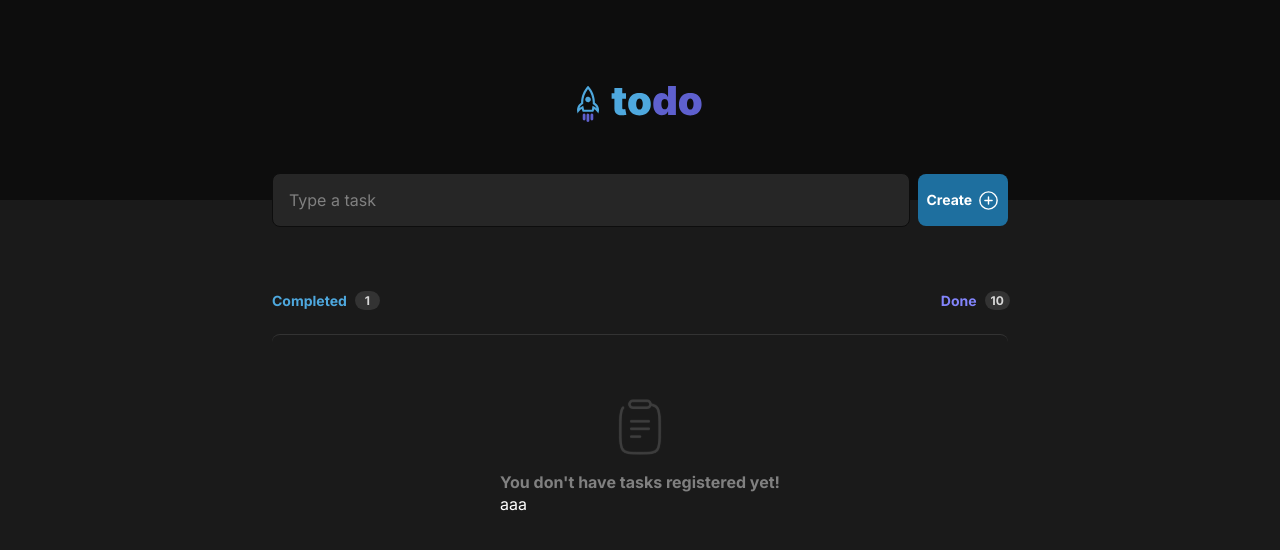
Repository: JoseGu1llardi/to-do-list-D01
Page: /
These files come from the project's save history. The page is drawn as it stood at one moment and after the next save; the edit follows.
The browser window is 1280 px wide. The pictures show the whole page.
The project was rebuilt for these pictures with package versions that can differ from the ones it lists, and the page was loaded fresh each time. Also part of the build but not shown: vite.config.ts.

Above is the page before, as saved 2023-03-11 19:17:10.

### index.html
<!DOCTYPE html>
<html lang="en">
  <head>
    <meta charset="UTF-8" />

    <link rel="preconnect" href="https://fonts.googleapis.com" />
    <link rel="preconnect" href="https://fonts.gstatic.com" crossorigin />

    <link
      href="https://fonts.googleapis.com/css2?family=Inter:wght@400;700&display=swap"
      rel="stylesheet"
    />

    <link rel="icon" type="image/svg+xml" href="/vite.svg" />
    <meta name="viewport" content="width=device-width, initial-scale=1.0" />
    <title>Vite + React + TS</title>
  </head>
  <body>
    <div id="root"></div>
    <script type="module" src="/src/main.tsx"></script>
  </body>
</html>

### src/App.tsx
import { Header } from "./components/Header"

import styles from './App.module.css';

import "./global.css"
import { Input } from "./components/Input";
import { Button } from "./components/Button";
import { Tasks } from "./components/Tasks";

function App() {
  return (
    <>
      <Header />

      <div className={styles.newTaskContainer}>
        <Input />
        <Button />
      </div>

      <div className={styles.tasksContainer}>
        <Tasks />
      </div>
    </>
  )
}

export default App

### src/components/Header/index.tsx
import Logo from '../../assets/Logo (1).svg'

import styles from './styles.module.css';

export function Header() {
    return (
        <header className={styles.container}>
            <img src={Logo} />
        </header>
    )
}

### src/App.module.css
.newTaskContainer {
  display: flex;
  flex-direction: row;
  align-items: center;
  padding: 0px;
  gap: 8px;

  position: absolute;
  width: 46rem;
  height: 3.375rem;
  left: calc(50% - 736px / 2);
  top: 10.8125rem;
}

.tasksContainer {
  display: flex;
  flex-direction: column;
  align-items: flex-start;
  padding: 0px;
  gap: 24px;

  position: absolute;
  width: 736px;
  height: 287px;
  left: calc(50% - 736px / 2);
  top: 291px;
}

### src/global.css
:root {
  // Base
  --gray-100: #f2f2f2;
  --gray-200: #d9d9d9;
  --gray-300: #808080;
  --gray-400: #333333;
  --gray-500: #262626;
  --gray-600: #1a1a1a;
  --gray-700: #0d0d0d;

  --danger: #e25858;

  // Product
  --purple: #8284fa;
  --dark-purple: #5e60ce;
  --blue: #4ea8de;
  --dark-blue: #1e6f9f;
}

* {
  margin: 0;
  padding: 0;
  box-sizing: border-box;
}

body {
  color: #fff;
  background: var(--gray-600);

  width: 100%;
  height: 100%;
  max-height: 1024px;
  position: relative;
}

body,
input,
textarea,
button {
  font-family: "Inter", sans-serif;
  font-weight: 400;
  font-size: 1rem;
}

### src/components/Input/index.tsx
import styles from './styles.module.css';

export function Input() {
    return (
        <input
            type="text"
            className={styles.input}
            placeholder='Type a task'
        />
    )
}

### src/components/Button/index.tsx
import { PlusCircle } from '@phosphor-icons/react'

import styles from './styles.module.css';

export function Button() {
    return (
        <button className={styles.button}>
            <span>Create</span>
            <PlusCircle size={23} />
        </button>
    )
}

### src/components/Tasks/index.tsx
import Clipboard from '../../assets/Clipboard.svg';

import styles from './styles.module.css';

export function Tasks() {
    return (
        <>
            <section className={styles.info}>

                <div className={styles.created}>
                    <span>Completed</span>
                    <div className={styles.counter}>
                        <p>1</p>
                    </div>
                </div>

                <div className={styles.done}>
                    <span>Done</span>
                    <div className={styles.counter}>
                        <p>10</p>
                    </div>
                </div>

            </section>

            <section className={styles.tasks}>
                <img src={Clipboard} alt="" />
                <p>
                    <strong>You don't have tasks registered yet!</strong>
                    aaa
                </p>
            </section>
        </>
    )
}

### src/components/Header/styles.module.css
.container {
  position: absolute;
  height: 12.5rem;
  max-width: 100%;
  left: 0;
  right: 0;
  top: 0;

  display: flex;
  align-items: center;
  justify-content: center;

  background: var(--gray-700);
}

.container img {
  position: absolute;
  width: 7.875rem;
  height: 3rem;
}

### src/components/Input/styles.module.css
.input {
  box-sizing: border-box;

  display: flex;
  flex-direction: row;
  align-items: center;
  padding: 16px;
  gap: 8px;

  width: 638px;
  height: 54px;

  background: var(--gray-500);
  color: #fff;

  border: 1px solid var(--gray-700);
  border-radius: 8px;

  flex: none;
  order: 0;
  flex-grow: 1;
}

.input::placeholder {
  color: var(--gray-300);
}

### src/components/Button/styles.module.css
.button {
  width: 90px;
  height: 52px;

  display: flex;
  flex-direction: row;
  align-items: center;
  justify-content: center;
  gap: 16px;

  border: 0;
  border-radius: 8px;

  background: var(--dark-blue);
  color: white;
}

.button span {
  width: 34px;
  height: 20px;

  font-weight: 700;
  font-size: 14px;
  line-height: 140%;

  color: var(--gray-100);

  flex: none;
  order: 0;
  flex-grow: 0;
}

.button img {
  width: 16px;
  height: 16px;

  flex: none;
  order: 1;
  flex-grow: 0;
}

### src/components/Tasks/styles.module.css
.info {
  display: flex;
  flex-direction: row;
  justify-content: space-between;
  align-items: flex-end;
  padding: 0px;
  gap: 561px;

  width: 736px;
  height: 19px;

  flex: none;
  order: 0;
  align-self: stretch;
  flex-grow: 0;
}

.created {
  display: flex;
  flex-direction: row;
  align-items: center;
  padding: 0px;
  gap: 8px;

  width: 139px;
  height: 19px;

  order: 0;
  flex-grow: 0;
}

.created span {
  font-family: "Inter";
  font-style: normal;
  font-weight: 700;
  font-size: 14px;
  line-height: 17px;

  color: var(--blue);

  flex: none;
  order: 0;
  flex-grow: 0;
}

.counter {
  display: flex;
  flex-direction: row;
  justify-content: center;
  align-items: center;
  padding: 2px 8px;
  gap: 10px;

  width: 25px;
  height: 19px;

  background: #333333;
  border-radius: 999px;

  order: 1;
  flex-grow: 0;
}

.counter p {
  font-style: normal;
  font-weight: 700;
  font-size: 12px;
  line-height: 15px;

  color: var(--gray-200);

  order: 1;
  flex-grow: 0;
}

.done {
  display: flex;
  flex-direction: row;
  align-items: center;
  padding: 0px;
  gap: 8px;

  width: 111px;
  height: 19px;
  right: -200;

  order: 1;
  flex-grow: 0;
}

.done span {
  font-family: "Inter";
  font-style: normal;
  font-weight: 700;
  font-size: 14px;
  line-height: 17px;

  color: #8284fa;

  flex: none;
  order: 0;
  flex-grow: 0;
}

.tasks {
  box-sizing: border-box;

  display: flex;
  flex-direction: column;
  justify-content: center;
  align-items: center;
  padding: 64px 24px;
  gap: 16px;

  width: 736px;
  height: 244px;

  border-top: 1px solid #333333;
  border-radius: 8px;

  flex: none;
  order: 1;
  align-self: stretch;
  flex-grow: 0;
}

.tasks img {
  width: 56px;
  height: 56px;

  flex: none;
  order: 0;
  flex-grow: 0;
}

.tasks strong {
  display: block;
  font-style: normal;
  font-weight: 700;
  font-size: 16px;
  line-height: 140%;

  text-align: center;

  color: var(--gray-300);

  flex: none;
  order: 1;
  align-self: stretch;
  flex-grow: 0;
}

Loaded but not shown: src/main.tsx (common file)

After the next save:
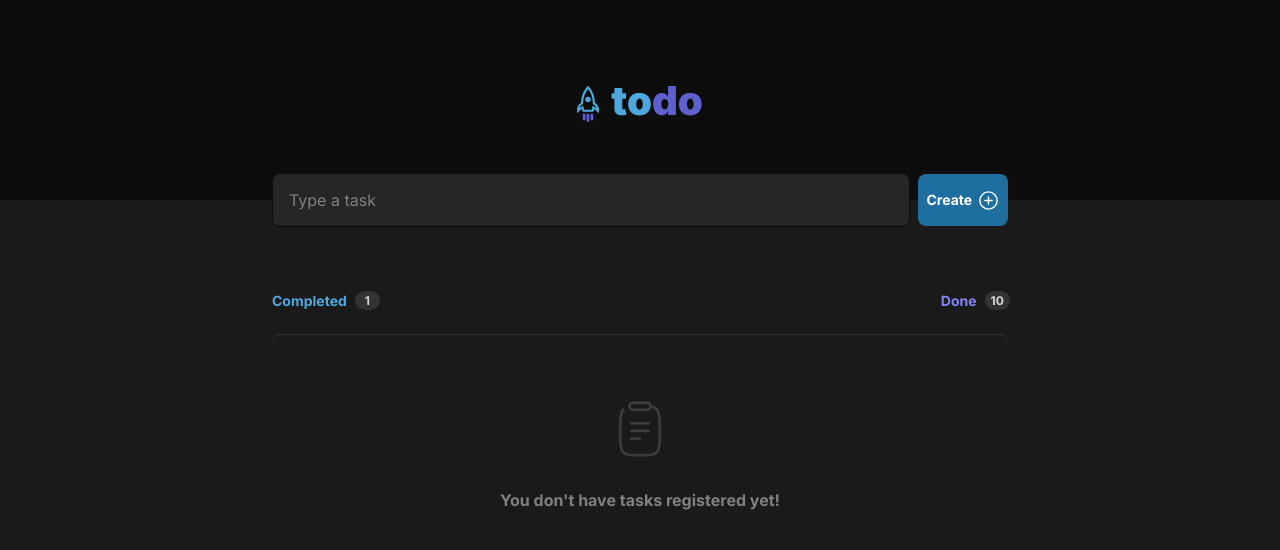
Saved 25 s later.
--- a/src/components/Tasks/index.tsx
+++ b/src/components/Tasks/index.tsx
@@ -25,10 +25,8 @@ export function Tasks() {
 
             <section className={styles.tasks}>
                 <img src={Clipboard} alt="" />
-                <p>
-                    <strong>You don't have tasks registered yet!</strong>
-                    aaa
-                </p>
+                <strong>You don't have tasks registered yet!</strong>
+                <span></span>
             </section>
         </>
     )
